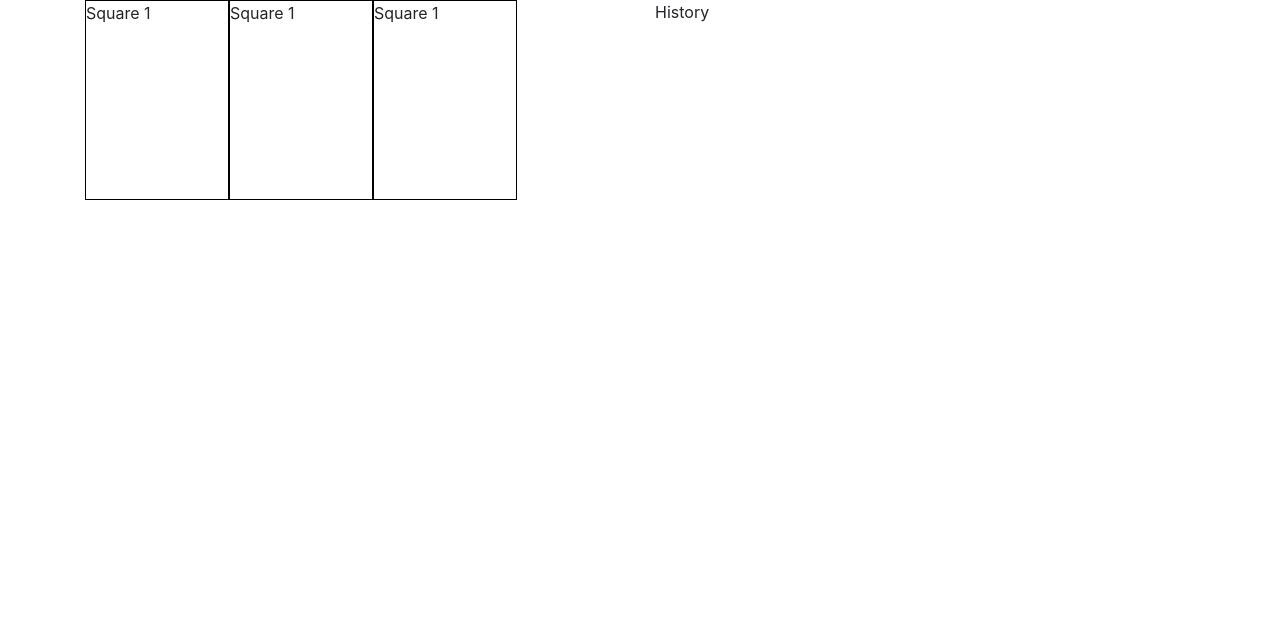
Repository: tts2610/Tic-Tac_Toe
Page: /
These files come from the project's save history. The page is drawn as it stood at one moment and after a run of saves; the edit follows.
The browser window is 1280 px wide. The pictures show the whole page.
The project was rebuilt for these pictures with package versions that can differ from the ones it lists, and the page was loaded fresh each time.

Above is the page before, as saved 2020-06-02 10:58:18.

After the next 2 saves:
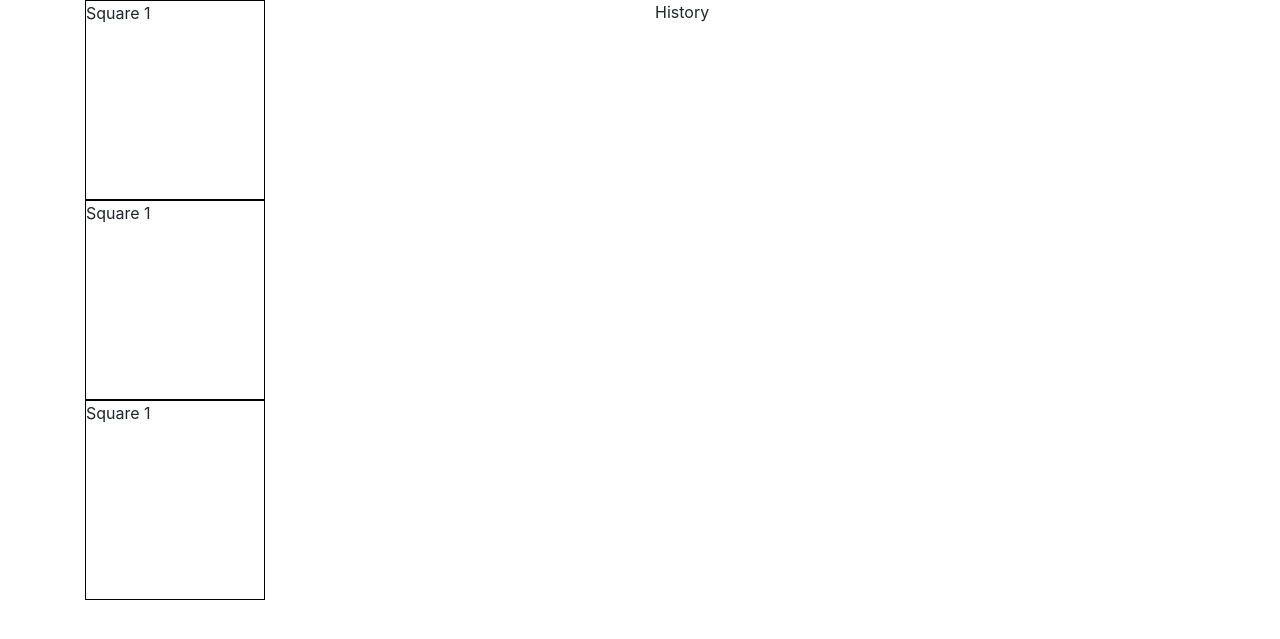
The 2 saves are shown as one change because 1 did not build or start.
The last was saved 28 s later.
--- a/src/components/Board.js
+++ b/src/components/Board.js
@@ -20,7 +20,7 @@
 export default class Board extends Component {
   render() {
     return (
-      <Row style={styles.row}>
+      <>
         <Col sm={4} style={styles.col}>
           <Square />
         </Col>
@@ -30,7 +30,7 @@
         <Col sm={4} style={styles.col}>
           <Square />
         </Col>
-      </Row>
+      </>
     );
   }
 }

After the save that followed:
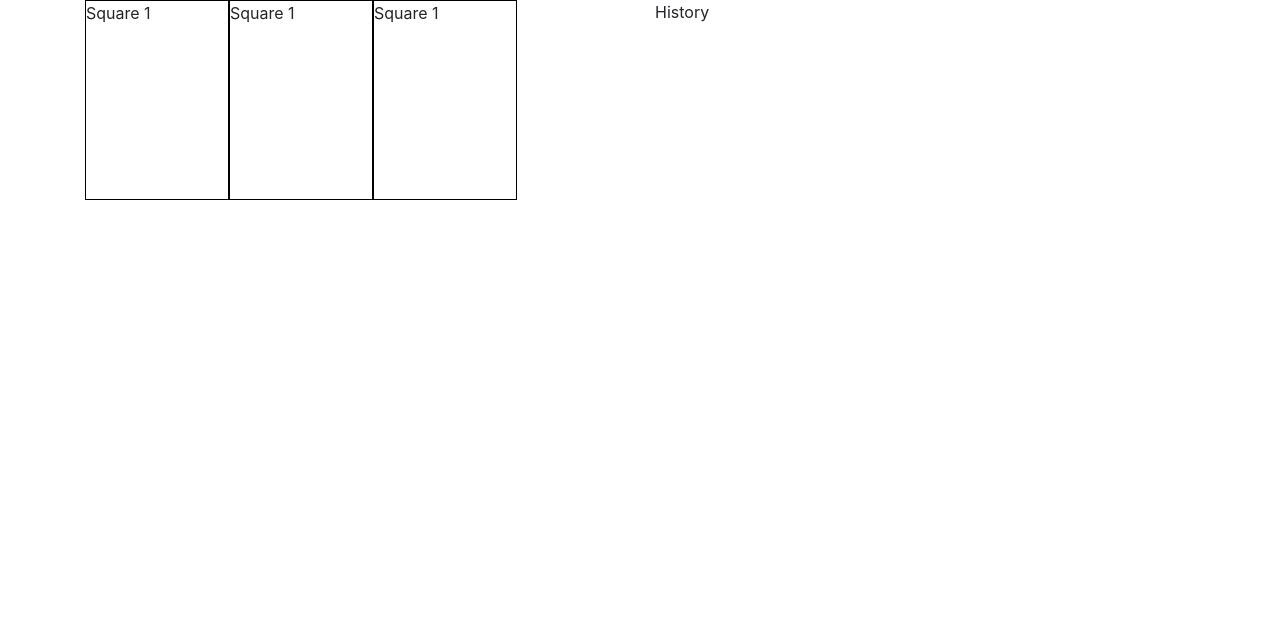
Saved 29 s later.
--- a/src/components/Board.js
+++ b/src/components/Board.js
@@ -20,7 +20,7 @@
 export default class Board extends Component {
   render() {
     return (
-      <>
+      <Row style={styles.row}>
         <Col sm={4} style={styles.col}>
           <Square />
         </Col>
@@ -30,7 +30,7 @@
         <Col sm={4} style={styles.col}>
           <Square />
         </Col>
-      </>
+      </Row>
     );
   }
 }
